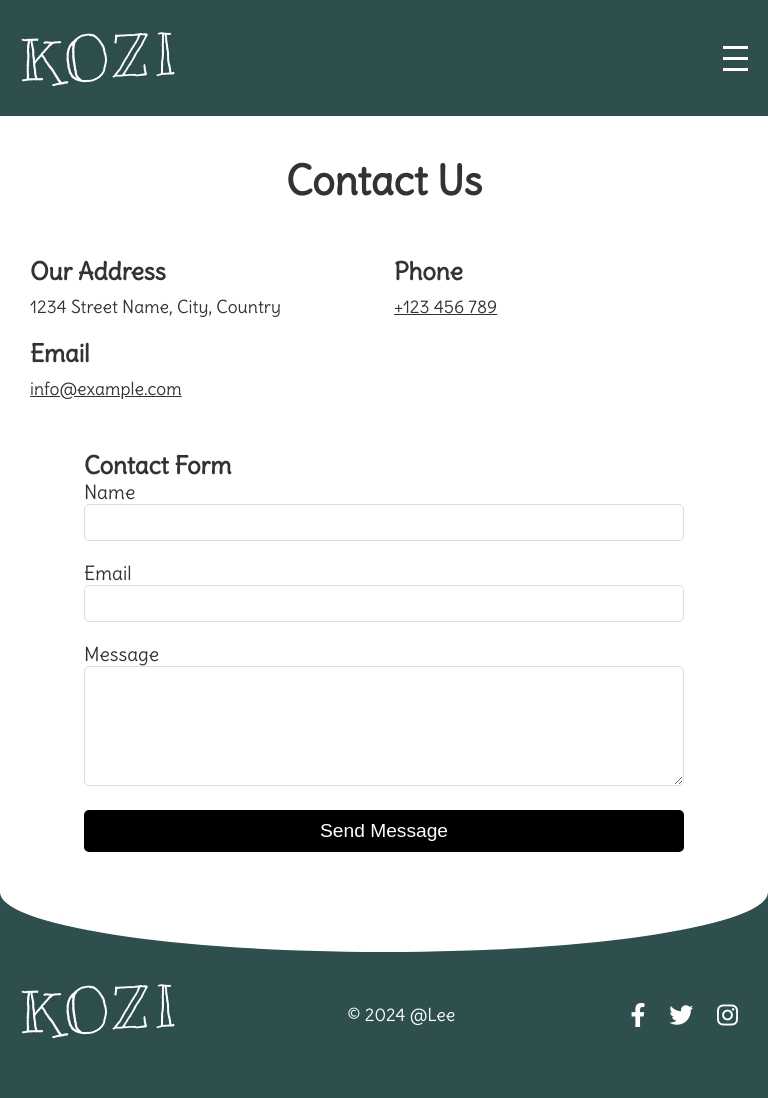
Repository: leerichie/kozi
Page: index.html
These files come from the project's save history. The page is drawn as it stood at one moment and after the next save; the edit follows.
The browser window is 768 px wide. The pictures show the whole page.

Above is the page before, as saved 2024-10-24 19:52:22.

After the next save:
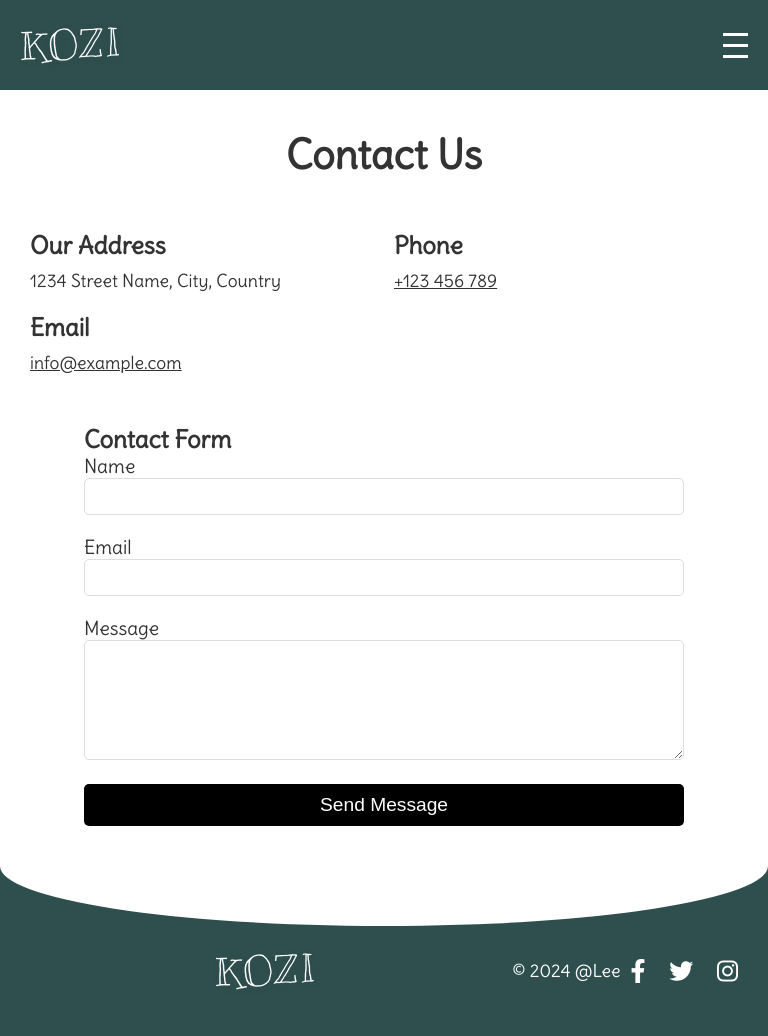
Saved 14 s later.
--- a/css/styles.css
+++ b/css/styles.css
@@ -317,10 +317,20 @@ textarea {
   }
 
   .footer-logo {
-    margin-bottom: 10px;
-  }
+    flex-grow: 1;
+    text-align: center;
+  }
+
+  .footer-text {
+    text-align: left; /* Remain aligned to the left */
+  }
+
+  .footer-social {
+    text-align: right; /* Remain aligned to the right */
+  }
+
   .logo-text {
-    font-size: 60px;
-    letter-spacing: 5px;
-  }
-}
+    font-size: 40px; /* Slightly smaller for mobile */
+    letter-spacing: 2px;
+  }
+}
